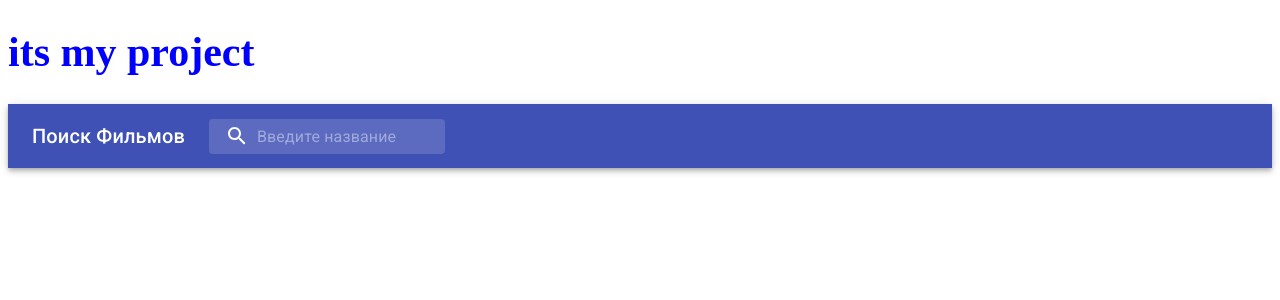
Repository: Hansol46/Films-archive
Page: /
The author's editor kept a copy of each file at every save. The page is drawn from the files as they stood at one save, then again after the next save.
The browser window is 1280 px wide. The pictures show the whole page.
The page's requests for data from a server got no answer. The project was rebuilt for these pictures with package versions that can differ from the ones it lists, and the page was loaded fresh each time. No one was signed in, and anything a server would have sent is missing. Also part of the build but not shown: webpack.config.js.

Above is the page before, as saved 2020-09-25 01:15:04.

### src/index.html
<!DOCTYPE html>
<html lang="en">
<head>
    <meta charset="UTF-8">
    <meta name="viewport" content="width=device-width, initial-scale=1.0">
    <title>Search Films</title>
    <link rel="stylesheet" href="https://fonts.googleapis.com/css?family=Roboto:300,400,500,700&display=swap" />
    <link rel="stylesheet" href="https://fonts.googleapis.com/icon?family=Material+Icons" />
</head>
<body>
    <div id='root'>

    </div>
</body>
</html>

### src/index.js
import React from 'react'
import ReactDOM from 'react-dom'
import App from './components/App'


ReactDOM.render(<App />, document.getElementById('root'))

### src/components/App.js
import React from 'react'
import '../styles/App.module.sass'
import PrimarySearchAppBar from './material/nav'
import Search from './Search'


function App () {
    return (
        <div>
            <h1> its my project</h1>
            <PrimarySearchAppBar />
            <Search />
        </div>
    )
}

export default App

### src/styles/App.module.sass
h1
    color: blue
    // text-align: center
    font-size: 42px

### src/components/material/nav.js
import React from 'react';
import { fade, makeStyles } from '@material-ui/core/styles';
import AppBar from '@material-ui/core/AppBar';
import Toolbar from '@material-ui/core/Toolbar';
import IconButton from '@material-ui/core/IconButton';
import Typography from '@material-ui/core/Typography';
import InputBase from '@material-ui/core/InputBase';
import Badge from '@material-ui/core/Badge';
import MenuItem from '@material-ui/core/MenuItem';
import Menu from '@material-ui/core/Menu';
import MenuIcon from '@material-ui/icons/Menu';
import SearchIcon from '@material-ui/icons/Search';
import AccountCircle from '@material-ui/icons/AccountCircle';
import MailIcon from '@material-ui/icons/Mail';
import NotificationsIcon from '@material-ui/icons/Notifications';
import MoreIcon from '@material-ui/icons/MoreVert';

const useStyles = makeStyles((theme) => ({
  grow: {
    flexGrow: 1,
  },
  menuButton: {
    marginRight: theme.spacing(2),
  },
  title: {
    display: 'none',
    [theme.breakpoints.up('sm')]: {
      display: 'block',
    },
  },
  search: {
    position: 'relative',
    borderRadius: theme.shape.borderRadius,
    backgroundColor: fade(theme.palette.common.white, 0.15),
    '&:hover': {
      backgroundColor: fade(theme.palette.common.white, 0.25),
    },
    marginRight: theme.spacing(2),
    marginLeft: 0,
    width: '100%',
    [theme.breakpoints.up('sm')]: {
      marginLeft: theme.spacing(3),
      width: 'auto',
    },
  },
  searchIcon: {
    padding: theme.spacing(0, 2),
    height: '100%',
    position: 'absolute',
    pointerEvents: 'none',
    display: 'flex',
    alignItems: 'center',
    justifyContent: 'center',
  },
  inputRoot: {
    color: 'inherit',
  },
  inputInput: {
    padding: theme.spacing(1, 1, 1, 0),
    // vertical padding + font size from searchIcon
    paddingLeft: `calc(1em + ${theme.spacing(4)}px)`,
    transition: theme.transitions.create('width'),
    width: '100%',
    [theme.breakpoints.up('md')]: {
      width: '20ch',
    },
  },
  sectionDesktop: {
    display: 'none',
    [theme.breakpoints.up('md')]: {
      display: 'flex',
    },
  },
  sectionMobile: {
    display: 'flex',
    [theme.breakpoints.up('md')]: {
      display: 'none',
    },
  },
}));

export default function PrimarySearchAppBar() {
  const classes = useStyles();
  const [anchorEl, setAnchorEl] = React.useState(null);
  const [mobileMoreAnchorEl, setMobileMoreAnchorEl] = React.useState(null);

  const isMenuOpen = Boolean(anchorEl);
  const isMobileMenuOpen = Boolean(mobileMoreAnchorEl);

  const handleProfileMenuOpen = (event) => {
    setAnchorEl(event.currentTarget);
  };

  const handleMobileMenuClose = () => {
    setMobileMoreAnchorEl(null);
  };

  const handleMenuClose = () => {
    setAnchorEl(null);
    handleMobileMenuClose();
  };

  const handleMobileMenuOpen = (event) => {
    setMobileMoreAnchorEl(event.currentTarget);
  };

  const menuId = 'primary-search-account-menu';
  const renderMenu = (
    <Menu
      anchorEl={anchorEl}
      anchorOrigin={{ vertical: 'top', horizontal: 'right' }}
      id={menuId}
      keepMounted
      transformOrigin={{ vertical: 'top', horizontal: 'right' }}
      open={isMenuOpen}
      onClose={handleMenuClose}
    >
      <MenuItem onClick={handleMenuClose}>Profile</MenuItem>
      <MenuItem onClick={handleMenuClose}>My account</MenuItem>
    </Menu>
  );

  const mobileMenuId = 'primary-search-account-menu-mobile';
  const renderMobileMenu = (
    <Menu
      anchorEl={mobileMoreAnchorEl}
      anchorOrigin={{ vertical: 'top', horizontal: 'right' }}
      id={mobileMenuId}
      keepMounted
      transformOrigin={{ vertical: 'top', horizontal: 'right' }}
      open={isMobileMenuOpen}
      onClose={handleMobileMenuClose}
    >
      <MenuItem>
        <IconButton aria-label="show 4 new mails" color="inherit">
          <Badge badgeContent={4} color="secondary">
            <MailIcon />
          </Badge>
        </IconButton>
        <p>Messages</p>
      </MenuItem>
      <MenuItem>
        <IconButton aria-label="show 11 new notifications" color="inherit">
          <Badge badgeContent={11} color="secondary">
            <NotificationsIcon />
          </Badge>
        </IconButton>
        <p>Notifications</p>
      </MenuItem>
      <MenuItem onClick={handleProfileMenuOpen}>
        <IconButton
          aria-label="account of current user"
          aria-controls="primary-search-account-menu"
          aria-haspopup="true"
          color="inherit"
        >
          <AccountCircle />
        </IconButton>
        <p>Profile</p>
      </MenuItem>
    </Menu>
  );

  return (
    <div className={classes.grow}>
      <AppBar position="static">
        <Toolbar>
          {/* <IconButton
            edge="start"
            className={classes.menuButton}
            color="inherit"
            aria-label="open drawer"
          >
            <MenuIcon />
          </IconButton> */}
          <Typography className={classes.title} variant="h6" noWrap>
            Поиск Фильмов
          </Typography>
          <div className={classes.search}>
            <div className={classes.searchIcon}>
              <SearchIcon />
            </div>
            <InputBase
              placeholder="Введите название"
              classes={{
                root: classes.inputRoot,
                input: classes.inputInput,
              }}
              inputProps={{ 'aria-label': 'search' }}
            />
          </div>
          <div className={classes.grow} />
          <div className={classes.sectionDesktop}>
            {/* <IconButton aria-label="show 4 new mails" color="inherit">
              <Badge badgeContent={4} color="secondary">
                <MailIcon />
              </Badge>
            </IconButton>
            <IconButton aria-label="show 17 new notifications" color="inherit">
              <Badge badgeContent={17} color="secondary">
                <NotificationsIcon />
              </Badge>
            </IconButton>
            <IconButton
              edge="end"
              aria-label="account of current user"
              aria-controls={menuId}
              aria-haspopup="true"
              onClick={handleProfileMenuOpen}
              color="inherit"
            >
              <AccountCircle />
            </IconButton>
          </div>
          <div className={classes.sectionMobile}>
            <IconButton
              aria-label="show more"
              aria-controls={mobileMenuId}
              aria-haspopup="true"
              onClick={handleMobileMenuOpen}
              color="inherit"
            >
              <MoreIcon />
            </IconButton> */}
          </div>
        </Toolbar>
      </AppBar>
      {renderMobileMenu}
      {renderMenu}
    </div>
  );
}

### src/components/Search.js
import React, { useEffect, useState } from 'react'

function Search() {

    const [state, setState] = useState([]);

    useEffect(() => {
        const APIurl = 'http://www.omdbapi.com/?i=tt3896198&apikey=480344f1'
        fetch(APIurl)
            .then(response => response.json())
            .then(json => setState(json))
    }, [])

    // http://www.omdbapi.com/?t=inception&y=&plot=short&r=json

    return(
        <div>
            {state.Title}
            <br></br>
            {state.Year}
            <br></br>
            <img src={state.Poster}/>
        </div>

    )


}
export default Search

After the next save:
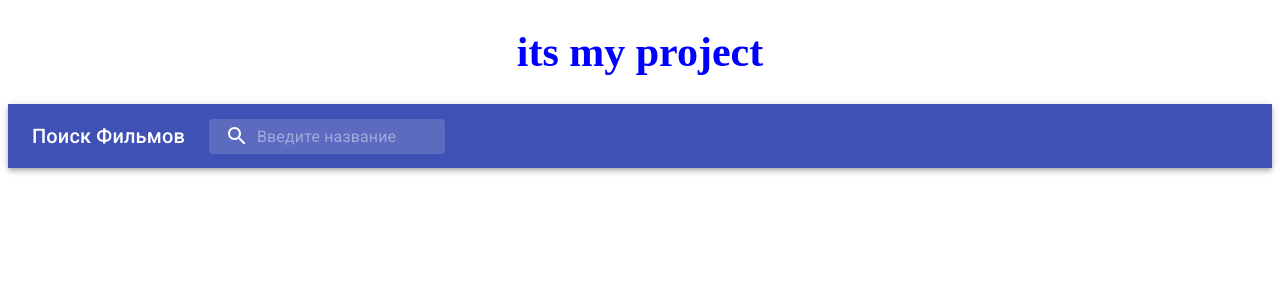
Saved 3 min 19 s later.
--- a/src/styles/App.module.sass
+++ b/src/styles/App.module.sass
@@ -1,4 +1,4 @@
 h1
     color: blue
-    // text-align: center
+    text-align: center
     font-size: 42px
